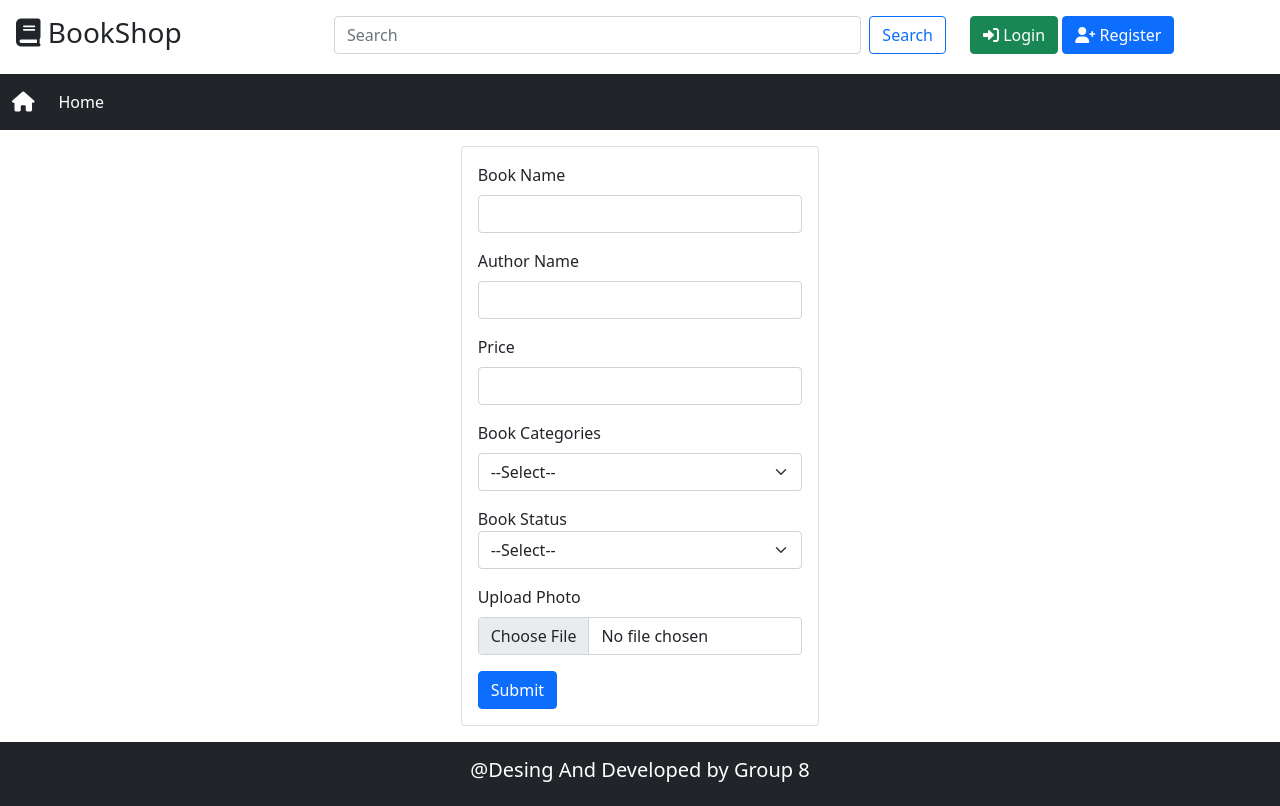
Repository: Abhishekverma23797/BookShopApp
Page: http://localhost/Ebook-App/Admin/add_books.jsp
These files come from the project's save history. The page is drawn as it stood at one moment and after the next save; the edit follows.
The browser window is 1280 px wide. The pictures show the whole page.
The page is served by Tomcat 9. Other server files are loaded and not shown.

Above is the page before, as saved 2021-12-09 09:48:27.

### Ebook-App/src/main/webapp/Admin/add_books.jsp
<%@ page language="java" contentType="text/html; charset=ISO-8859-1"
	pageEncoding="ISO-8859-1"%>
<!DOCTYPE html>
<html>
<head>
<meta charset="ISO-8859-1">
<title>Add Book</title>
<%@include file="AllCss.jsp"%>
</head>
<body>
	<%@include file="navbar.jsp"%>


	<div class="container p-2">
		<div class="row">
			<div class="col-md-4 offset-md-4">
				<div class="card mt-2">

					<div class="card-body">
						<form action="register" method="post">
							<div class="mb-3">
								<label for="exampleInputEmail1" class="form-label">Book
									Name</label> <input type="text" class="form-control"
									id="exampleInputEmail1" aria-describedby="emailHelp"
									required="required" name="bookname">

							</div>
							<div class="mb-3">
								<label for="exampleInputEmail1" class="form-label">Author
									Name</label> <input type="text" class="form-control"
									id="exampleInputEmail1" aria-describedby="emailHelp"
									required="required" name="author">

							</div>
							<div class="mb-3">
								<label for="exampleInputEmail1" class="form-label">Price</label>
								<input type="number" class="form-control"
									id="exampleInputEmail1" aria-describedby="emailHelp"
									required="required" name="price">

							</div>
							<div class="mb-3">
								<label for="exampleInputPassword1" class="form-label">Book
									Categories</label> <select class="form-select"
									aria-label="Default select example">
									<option selected>--Select--</option>
									<option value="New">New Book</option>
								</select>
							</div>
							<div class="mb-3">
								<label class="form-check-label" for="exampleCheck1">Book
									Status</label> <select class="form-select"
									aria-label="Default select example">
									<option selected>--Select--</option>
									<option value="Active">Active</option>
									<option value="Inactive">Inactive</option>

								</select>
							</div>

								<div class="mb-3">
								<label for="exampleInputEmail1" class="form-label">Upload Photo</label>
								<input type="file" class="form-control"
									id="exampleInputEmail1" aria-describedby="emailHelp"
									required="required" name="bimg">

							</div>
							<button type="submit" class="btn btn-primary">Submit</button>
						</form>
					</div>
				</div>

			</div>
		</div>
	</div>
		<%@include file="footer.jsp"%>

</body>
</html>

### Ebook-App/src/main/webapp/Admin/AllCss.jsp
<!-- CSS only -->
<link
	href="https://cdn.jsdelivr.net/npm/bootstrap@5.1.3/dist/css/bootstrap.min.css"
	rel="stylesheet"
	integrity="sha384-1BmE4kWBq78iYhFldvKuhfTAU6auU8tT94WrHftjDbrCEXSU1oBoqyl2QvZ6jIW3"
	crossorigin="anonymous">


<!-- JavaScript Bundle with Popper -->
<script
	src="https://cdn.jsdelivr.net/npm/bootstrap@5.1.3/dist/js/bootstrap.bundle.min.js"
	integrity="sha384-ka7Sk0Gln4gmtz2MlQnikT1wXgYsOg+OMhuP+IlRH9sENBO0LRn5q+8nbTov4+1p"
	crossorigin="anonymous"></script>


<link rel="stylesheet"
	href="https://cdnjs.cloudflare.com/ajax/libs/font-awesome/6.0.0-beta3/css/all.min.css"
	integrity="sha512-Fo3rlrZj/k7ujTnHg4CGR2D7kSs0v4LLanw2qksYuRlEzO+tcaEPQogQ0KaoGN26/zrn20ImR1DfuLWnOo7aBA=="
	crossorigin="anonymous" referrerpolicy="no-referrer" />

<link rel="stylesheet" href="style.css">

### Ebook-App/src/main/webapp/Admin/navbar.jsp

<div class="container-fluid p-3">


	<div class="row">

		<div class="col-md-3">

			<h3>

				<i class="fas fa-book"></i> BookShop
			</h3>
		</div>

		<div class="col-md-6">
			<form class="d-flex">
				<input class="form-control me-2 my-lg-0" type="search"
					placeholder="Search" aria-label="Search">
				<button class="btn btn-outline-primary" type="submit">Search</button>
			</form>
		</div>

		<div class="col-md-3">

			<a href="Login.jsp" class="btn btn-success "><i
				class="fas fa-sign-in-alt"></i> Login</a> <a href="Register.jsp"
				class="btn btn-primary"><i class="fas fa-user-plus"></i>
				Register</a>

		</div>

	</div>

</div>
<nav class="navbar navbar-expand-lg navbar-dark bg-dark bg-custom">
	<div class="container-fluid">
		<a class="navbar-brand" href="#"><i class="fas fa-home"></i></a>
		<button class="navbar-toggler" type="button" data-bs-toggle="collapse"
			data-bs-target="#navbarSupportedContent"
			aria-controls="navbarSupportedContent" aria-expanded="false"
			aria-label="Toggle navigation">
			<span class="navbar-toggler-icon"></span>
		</button>
		<div class="collapse navbar-collapse" id="navbarSupportedContent">
			<ul class="navbar-nav me-auto mb-2 mb-lg-0">
				<li class="nav-item"><a class="nav-link active"
					aria-current="page" href="#"> Home</a></li>

				</form>
		</div>
	</div>
</nav>

### Ebook-App/src/main/webapp/Admin/footer.jsp
<div class="conatiner-fluid text-center text-white p-3 mt-2 bg-dark " >

<h5>@Desing And Developed by Group 8</h5>

</div>

### Ebook-App/src/main/webapp/Admin/style.css

.bg-custom{

	background-color: #303f9f;
}

.navbar .nav-item:hover  {

	background-color: black;
	color: blue;
	border-radius: 20px

}

After the next save:
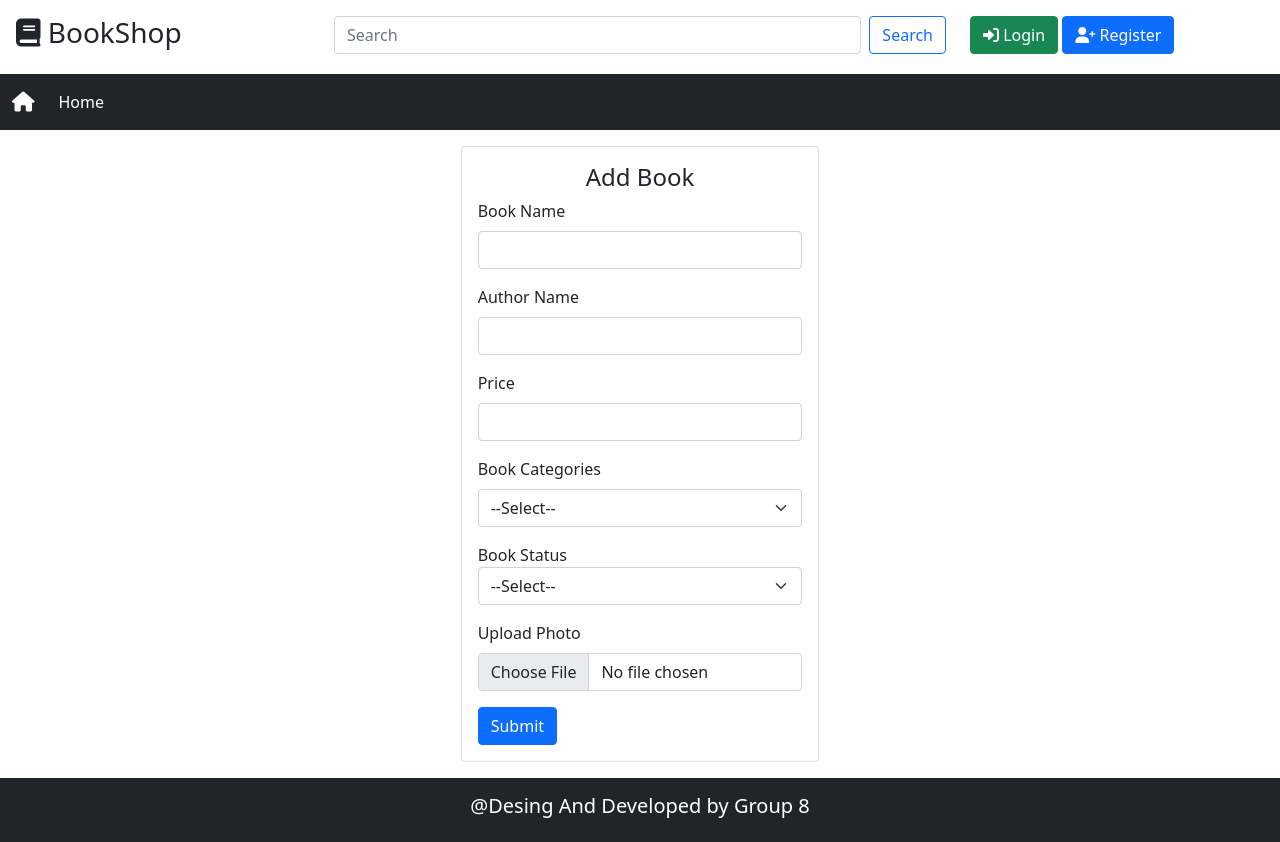
Saved 114 s later.
--- a/Ebook-App/src/main/webapp/Admin/add_books.jsp
+++ b/Ebook-App/src/main/webapp/Admin/add_books.jsp
@@ -17,7 +17,9 @@
 				<div class="card mt-2">
 
 					<div class="card-body">
-						<form action="register" method="post">
+						<h4 class="text-center">Add Book</h4>
+
+						<form action="../AdminAddBookServlet" method="post">
 							<div class="mb-3">
 								<label for="exampleInputEmail1" class="form-label">Book
 									Name</label> <input type="text" class="form-control"
@@ -58,9 +60,9 @@
 								</select>
 							</div>
 
-								<div class="mb-3">
-								<label for="exampleInputEmail1" class="form-label">Upload Photo</label>
-								<input type="file" class="form-control"
+							<div class="mb-3">
+								<label for="exampleInputEmail1" class="form-label">Upload
+									Photo</label> <input type="file" class="form-control"
 									id="exampleInputEmail1" aria-describedby="emailHelp"
 									required="required" name="bimg">
 
@@ -73,7 +75,7 @@
 			</div>
 		</div>
 	</div>
-		<%@include file="footer.jsp"%>
+	<%@include file="footer.jsp"%>
 
 </body>
 </html>
